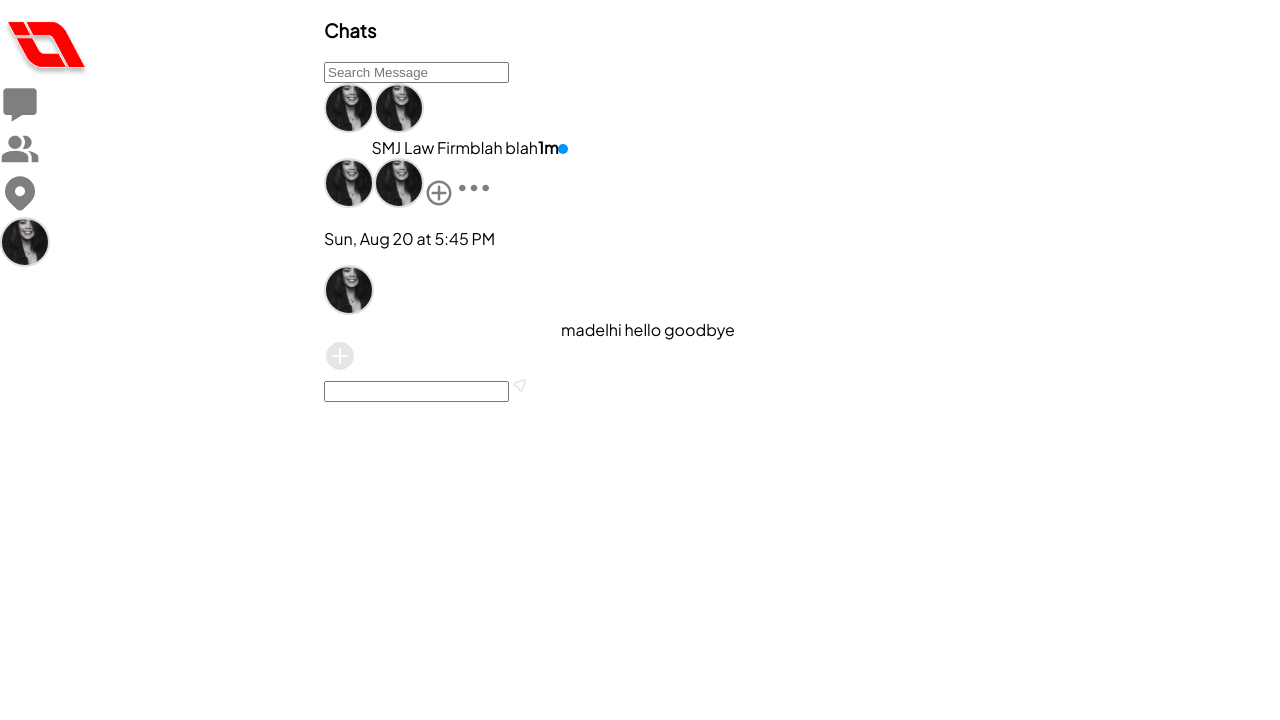
Repository: Nicktacku/LawChat
Page: /homechat (app in frontend/lawchat/)
The author's editor kept a copy of each file at every save. The page is drawn from the files as they stood at one save, then again after the next save.
The browser window is 1280 px wide. The pictures show the whole page.
The project was rebuilt for these pictures with package versions that can differ from the ones it lists, and the page was loaded fresh each time. Also part of the build but not shown: frontend/lawchat/src/styles/button.css, frontend/lawchat/src/components/Button.js, frontend/lawchat/src/pages/Home.js, frontend/lawchat/src/pages/Login.js, frontend/lawchat/src/pages/Test.js.

Above is the page before, as saved 2024-08-15 14:14:12.

### frontend/lawchat/public/index.html
<!DOCTYPE html>
<html lang="en">
  <head>
    <meta charset="utf-8" />
    <link rel="icon" href="%PUBLIC_URL%/favicon.ico" />
    <meta name="viewport" content="width=device-width, initial-scale=1" />
    <meta name="theme-color" content="#000000" />
    <meta
      name="description"
      content="Web site created using create-react-app"
    />
    <link rel="apple-touch-icon" href="%PUBLIC_URL%/logo192.png" />
    <!--
      manifest.json provides metadata used when your web app is installed on a
      user's mobile device or desktop. See https://developers.google.com/web/fundamentals/web-app-manifest/
    -->
    <link rel="manifest" href="%PUBLIC_URL%/manifest.json" />
    <link
      href="https://fonts.googleapis.com/css?family=Plus Jakarta Sans"
      rel="stylesheet"
    />
    <!--
      Notice the use of %PUBLIC_URL% in the tags above.
      It will be replaced with the URL of the `public` folder during the build.
      Only files inside the `public` folder can be referenced from the HTML.

      Unlike "/favicon.ico" or "favicon.ico", "%PUBLIC_URL%/favicon.ico" will
      work correctly both with client-side routing and a non-root public URL.
      Learn how to configure a non-root public URL by running `npm run build`.
    -->
    <title>React App</title>
  </head>
  <body>
    <noscript>You need to enable JavaScript to run this app.</noscript>
    <div id="root"></div>
    <!--
      This HTML file is a template.
      If you open it directly in the browser, you will see an empty page.

      You can add webfonts, meta tags, or analytics to this file.
      The build step will place the bundled scripts into the <body> tag.

      To begin the development, run `npm start` or `yarn start`.
      To create a production bundle, use `npm run build` or `yarn build`.
    -->
  </body>
</html>

### frontend/lawchat/src/App.js
import Home from "./pages/Home.js";
import Login from "./pages/Login.js";
import HomeChat from "./pages/HomeChat.js";

import {
  createBrowserRouter,
  createRoutesFromElements,
  Route,
  RouterProvider,
} from "react-router-dom";
import Test from "./pages/Test.js";

const router = createBrowserRouter(
  createRoutesFromElements(
    <Route path="/">
      <Route index element={<Home />} />
      <Route path="/login" element={<Login />} />
      <Route path="/homechat" element={<HomeChat />} />
      <Route path="/test" element={<Test />} />
    </Route>
  )
);

function App() {
  return (
    <div className="App">
      {/* <Login /> */}
      <RouterProvider router={router} />
    </div>
  );
}

export default App;

### frontend/lawchat/src/pages/HomeChat.js
import React from "react";

import logo from "../images/logo.svg";
import chaticon from "../images/chaticon.svg";
import friendsicon from "../images/friendsicon.svg";
import locationicon from "../images/locationicon.svg";
import personaldp from "../images/personaldp.svg";

import newchaticon from "../images/newchaticon.svg";
import ChatPreview from "../components/ChatPreview";

import addicon from "../images/addicon.svg";
import tripledoticon from "../images/tripledoticon.svg";
import ChatBubble from "../components/ChatBubble";

import attachicon from "../images/attachicon.svg";

import sendicon from "../images/sendicon.svg";

import "../styles/homechat.css";

const HomeChat = () => {
  return (
    <div className="container">
      <div className="sidebar">
        <img src={logo} className="img" /> <br />
        <img src={chaticon} className="img" /> <br />
        <img src={friendsicon} className="img" /> <br />
        <img src={locationicon} className="img" /> <br />
        <img src={personaldp} className="img" /> <br />
      </div>
      <div className="chats">
        <h3 className="h3">
          <b>Chats</b>
        </h3>
        <image src={newchaticon} />
        <form>
          <input type="text" placeholder="Search Message" />
        </form>
        <ChatPreview name="SMJ Law Firm" preview="blah blah" />
      </div>
      <div className="chat">
        <div className="chat-bar">
          <img src={personaldp} />
          <img src={personaldp} />
          <img src={addicon} />
          <img src={tripledoticon} />
        </div>
        <div className="chat-content">
          <p>Sun, Aug 20 at 5:45 PM</p>
          <ChatBubble name="madel" message="hi hello goodbye" />
        </div>
        <div className="chatbox">
          <img src={attachicon} />
          <form>
            <input type="text" placeholder="" />
            <img src={sendicon} />
          </form>
        </div>
      </div>
    </div>
  );
};

export default HomeChat;

### frontend/lawchat/src/styles/home.css
body {
    font-family: 'Plus Jakarta Sans';
}

.body {
    padding-left: 5%;
    padding-right: 5%;
}

.navbar {
    overflow: hidden;
    border-bottom: 1px solid rgba(129, 133, 137, 0.3);
    padding-left: 3%;
    padding-right: 3%;
}



.nav-list {
    list-style-type: none;
    margin: 0;
    padding: 0;
    text-align: center;
}

.nav-item {
    float: right;
    padding: 2vh;
}

.logo{
    overflow: hidden;
    float:left;
}

.body-content {
    width: 40%;
    float: left;
    justify-content: center;
}

.body-image {
    width: 60%;
    float: right;
}

.h1{
    font-size: 18vh;
    margin-top: 30%;
}

.p {
    font-size: 5vh;
    color: gray;
}

.stores {
    justify-content: space-around;
}

.body-image {
    position: relative;
}

/* .body-image-content {
    position: absolute;
    width: 100px;
    height: 100px;
    border: 1px solid red;
} */

### frontend/lawchat/src/components/ChatPreview.js
import React from "react";

import personaldp from "../images/personaldp.svg";
import bluedot from "../images/bluedot.svg";

function ChatPreview(props) {
  return (
    <div className="container">
      <div className="images">
        <img src={personaldp} />
        <img src={personaldp} />
      </div>
      <div className="body">
        {props.name}
        {props.preview}
        <b>1m</b>
        <img src={bluedot} />
      </div>
    </div>
  );
}

export default ChatPreview;

### frontend/lawchat/src/components/ChatBubble.js
import React from "react";

import personaldp from "../images/personaldp.svg";

function ChatBubble(props) {
  return (
    <div className="container">
      <img src={personaldp} />
      <div className="chat">
        {props.name}
        {props.message}
      </div>
    </div>
  );
}

export default ChatBubble;

### frontend/lawchat/src/styles/homechat.css
.sidebar {
    height: 100%;
    width: 10%;
    position: fixed;
    top: 0;
    left: 0;
    overflow-x: hidden;
    padding-top: 16px;
    border-right: 1px black;
  }

.chat {
    margin-left: 25%
}

.chats {
    margin-left: 25%
}

.img{
    size: auto;
  }

Loaded but not shown: frontend/lawchat/src/index.js (common file)

After the next save:
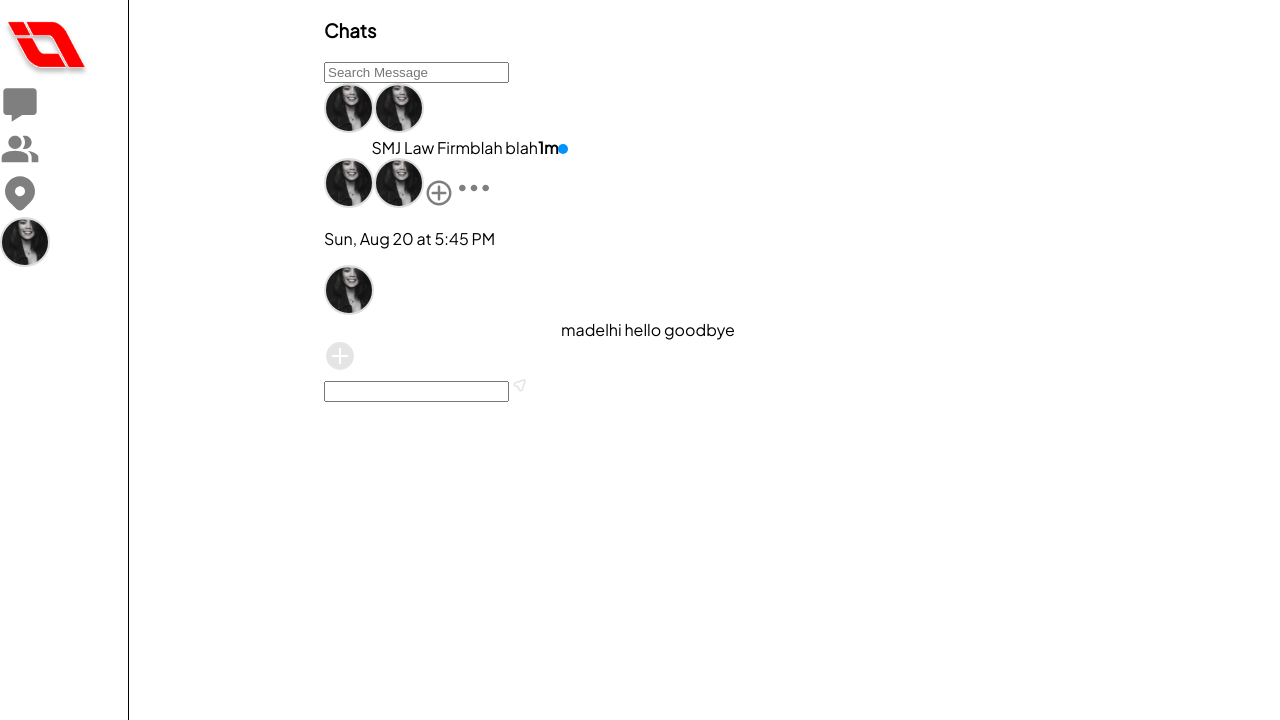
Saved 2 min 11 s later.
--- a/frontend/lawchat/src/styles/homechat.css
+++ b/frontend/lawchat/src/styles/homechat.css
@@ -6,7 +6,7 @@
     left: 0;
     overflow-x: hidden;
     padding-top: 16px;
-    border-right: 1px black;
+    border-right: 1px solid black;
   }
 
 .chat {
